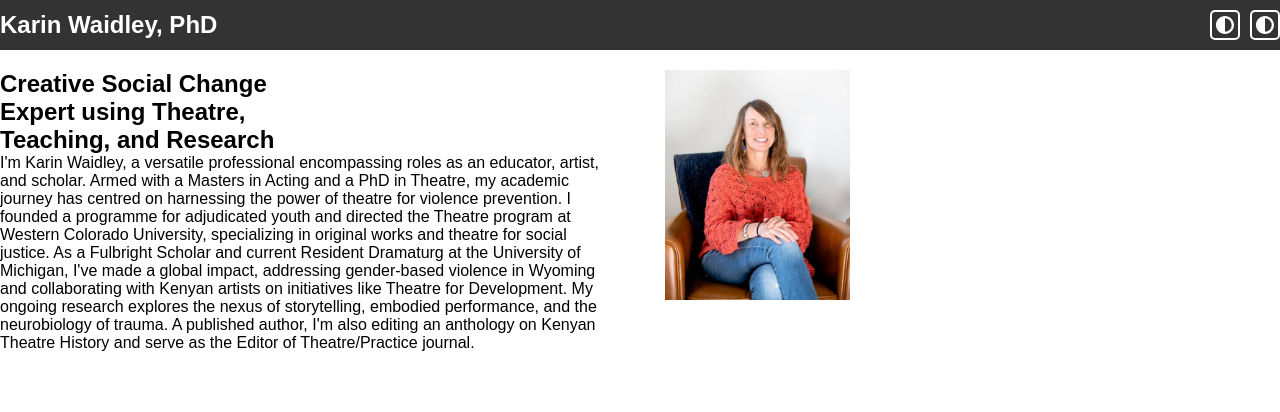
Repository: Ceasor7/Karin
Page: index.html
An editor plug-in stored every save of this project. The page is shown before and after the next save, followed by the edit.
The browser window is 1280 px wide. The pictures show the whole page.

Above is the page before, as saved 2023-12-14 11:32:03.

### index.html
<!DOCTYPE html>
<html lang="en">

<head>
    <meta charset="UTF-8">
    <meta name="viewport" content="width=device-width, initial-scale=1.0">
    <title>Karin Waidley, PhD</title>
</head>

<style>
    /* Resetting some default styles for better consistency */
    body,
    h1,
    h2,
    h3,
    p,
    ul,
    li {
        margin: 0;
        padding: 0;
        list-style: none;
    }

    /* Global styles */
    body {
        font-family: Arial, sans-serif;
    }

    /* Navbar styles */
    header {
        background-color: #333;
        color: white;
        padding: 10px 0;
    }

    .navbar {
        display: flex;
        justify-content: space-between;
        align-items: center;
    }

    .navbar-logo {
        font-size: 1.5em;
        font-weight: bold;
    }

    .navbar-icons {
        display: flex;
        gap: 10px;
    }

    .dark-mode-toggle {
        color: var(--secondary-color);
        border: 2px solid currentColor;
        padding: 4px;
        background: transparent;
        cursor: pointer;
        border-radius: 5px;
        width: 30px;
        height: 30px;
    }

    /* Main content styles */
    section {
        margin-top: 20px;
    }

    /* Equal-width columns with text and image */
    .content-container {
        display: flex;
        gap: 50px;
    }

    .text-column {
        width: 50%;
    }

    .image-column {
        width: 50%;
    }

    .image-column img {
        width: 30%;
        height: auto;
    }
</style>

<body>
    <header>
        <div class="navbar">
            <div class="navbar-logo">Karin Waidley, PhD</div>
            <div class="navbar-icons">
                <button id="dark-mode-toggle" class="dark-mode-toggle">
                    <svg width="100%" xmlns="http://www.w3.org/2000/svg" viewBox="0 0 496 496">
                        <path fill="currentColor"
                            d="M8,256C8,393,119,504,256,504S504,393,504,256,393,8,256,8,8,119,8,256ZM256,440V72a184,184,0,0,1,0,368Z"
                            transform="translate(-8 -8)" />
                    </svg>
                </button>
                <button id="dark-mode-toggle" class="dark-mode-toggle">
                    <svg width="100%" xmlns="http://www.w3.org/2000/svg" viewBox="0 0 496 496">
                        <path fill="currentColor"
                            d="M8,256C8,393,119,504,256,504S504,393,504,256,393,8,256,8,8,119,8,256ZM256,440V72a184,184,0,0,1,0,368Z"
                            transform="translate(-8 -8)" />
                    </svg>
                </button>
            </div>
        </div>
    </header>

    <section class="content-container">
        <div class="text-column">
            <h2>Creative Social Change<br> Expert using Theatre, <br>Teaching, and Research</h2>
            <p>I'm Karin Waidley, a versatile professional encompassing roles as an educator, artist, and scholar. Armed
                with a Masters in Acting and a PhD in Theatre, my academic journey has centred on harnessing the power
                of theatre for violence prevention. I founded a programme for adjudicated youth and directed the Theatre
                program at Western Colorado University, specializing in original works and theatre for social justice.
                As a Fulbright Scholar and current Resident Dramaturg at the University of Michigan, I've made a global
                impact, addressing gender-based violence in Wyoming and collaborating with Kenyan artists on initiatives
                like Theatre for Development. My ongoing research explores the nexus of storytelling, embodied
                performance, and the neurobiology of trauma. A published author, I'm also editing an anthology on Kenyan
                Theatre History and serve as the Editor of Theatre/Practice journal.</p>
        </div>
        <div class="image-column">
            <img src="images/Karin.jpeg" alt="Karin Waidley">
        </div>
    </section>

</body>

</html>

After the next save:
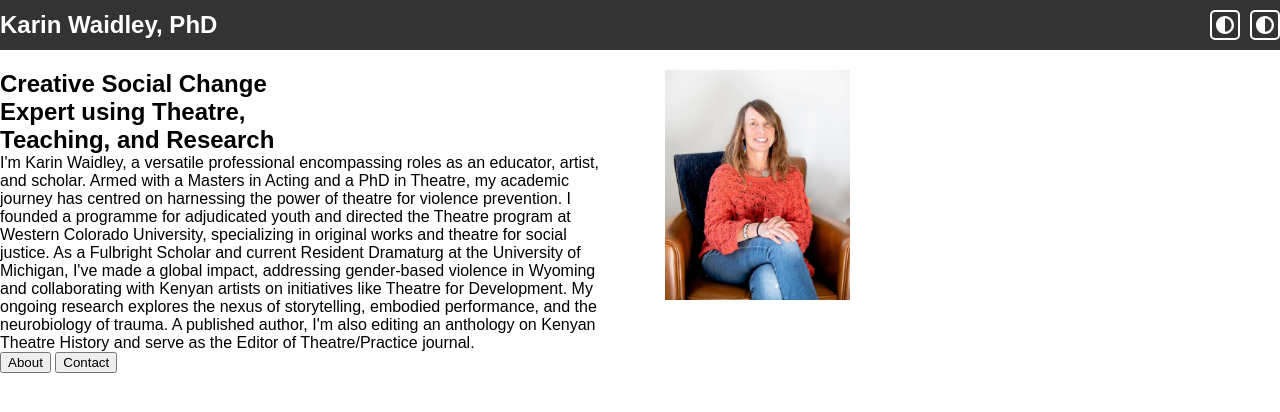
Saved 16 min 10 s later.
--- a/index.html
+++ b/index.html
@@ -125,6 +125,10 @@
             <img src="images/Karin.jpeg" alt="Karin Waidley">
         </div>
     </section>
+    <div>
+        <button>About </button>
+        <button>Contact </button>
+    </div>
 
 </body>
 
